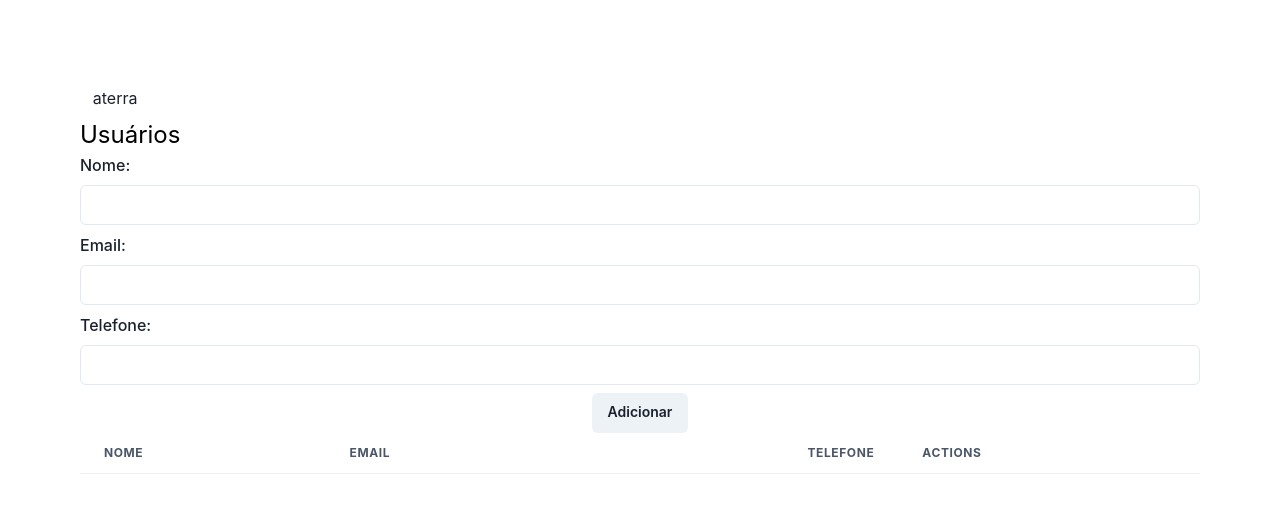
Repository: renan-oliveira93/CRUD-ATERRA
Page: /
An editor plug-in stored every save of this project. The page is shown before and after a run of saves, followed by the edit.
The browser window is 1280 px wide. The pictures show the whole page.
The page's requests for data from a server got no answer. The project was rebuilt for these pictures with package versions that can differ from the ones it lists, and the page was loaded fresh each time. The framework's server and built-in components were replaced by stand-ins that run in the browser. No one was signed in, and anything a server would have sent is missing. Also part of the build but not shown: next.config.js.

Above is the page before, as saved 2022-02-02 12:46:05.

After the next 3 saves:
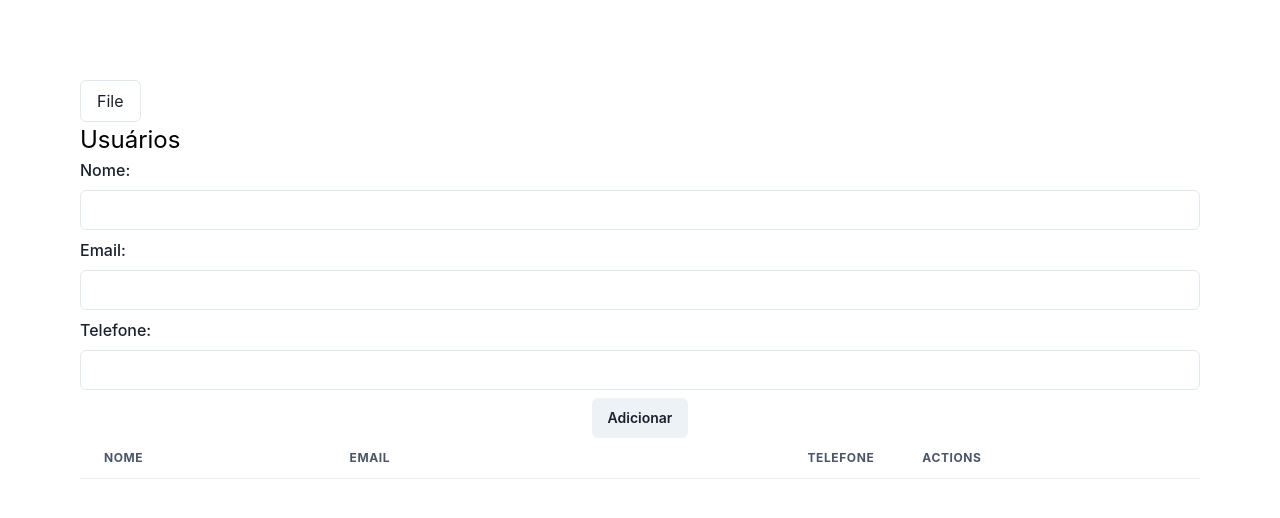
The 3 saves are shown as one change because 2 did not build or start.
The last was saved 2 min 53 s later.
--- a/pages/index.js
+++ b/pages/index.js
@@ -13,7 +13,7 @@ import {
   Td,
   VStack,
   Menu,
-  MenuItem,
+  MenuButton,
  } from '@chakra-ui/react'
 import { Button } from '@chakra-ui/react'
 import { useEffect } from 'react';
@@ -114,9 +114,22 @@ export default function Home() {
 
   return (
     <Box margin='5rem' >
-      <Menu bgColor='green'size='5rem'>
-        <MenuItem>aterra</MenuItem>
-      </Menu>
+      <Menu>
+          <MenuButton
+            px={4}
+            py={2}
+            transition='all 0.2s'
+            borderRadius='md'
+            borderWidth='1px'
+            _hover={{ bg: 'gray.400' }}
+            _expanded={{ bg: 'blue.400' }}
+            _focus={{ boxShadow: 'outline' }}
+          >
+          File
+  </MenuButton>
+
+</Menu>
+
       <Flex color='white' justifyContent='space-between' >
           <Text color='black' fontSize='2xl'>Usuários</Text>
       </Flex>
